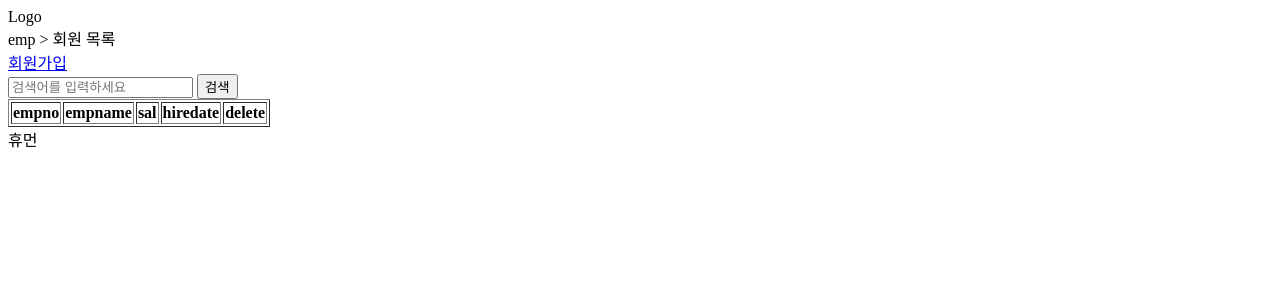
Repository: polikiki/Connor-s-team-projectt
Page: http://localhost/proj6_myBatis/emp0
These files come from the project's save history. The page is drawn as it stood at one moment and after the next save; the edit follows.
The browser window is 1280 px wide. The pictures show the whole page.
The page is served by Tomcat 9. Queries for data that is not in the repository find no rows.

Above is the page before, as saved 2024-09-20 03:19:23.

After the next save:
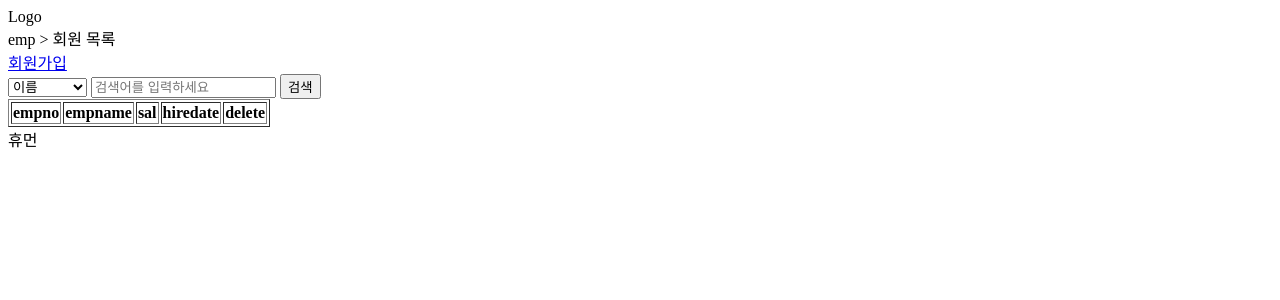
Saved 6 min 12 s later.
--- a/workspace_java/proj6_myBatis/src/main/webapp/WEB-INF/views/emp.jsp
+++ b/workspace_java/proj6_myBatis/src/main/webapp/WEB-INF/views/emp.jsp
@@ -20,6 +20,11 @@
 	<section>
 		<article>
 			<form method="get" action="emp0">
+				<select name="type">
+					<option value="1">이름</option>
+					<option value="2">직책</option>
+					<option value="3">이름+직책</option>
+				</select>
 				<input type="text" name="keyword" placeholder="검색어를 입력하세요" value="${keyward}">
 				<input type="submit" value="검색">
 			</form>
